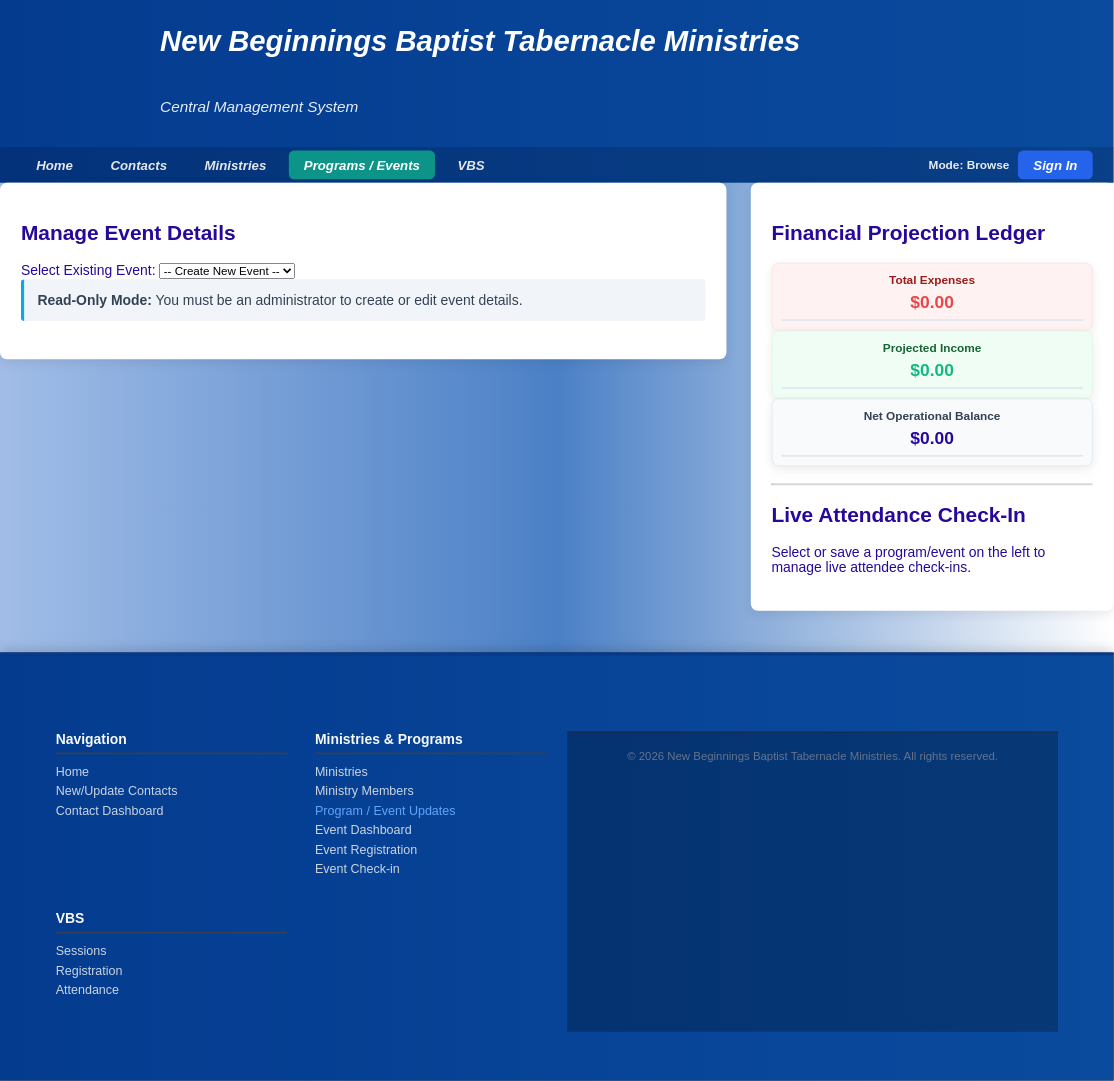
Repository: scherron56/nbbtm-central-cms
Page: http://localhost/events.php
These files come from the project's save history. The page is drawn as it stood at one moment and after the next save; the edit follows.
The browser window is 1280 px wide. The pictures show the whole page, at 87% of full size.
Some web fonts or font styles are not loaded; a fallback is used. The page is run by PHP 8.4 with error messages shown; the project is at /var/www/html/. Queries for data that is not in the repository find no rows.

Above is the page before, as saved 2026-08-19 11:17:50.

After the next save:
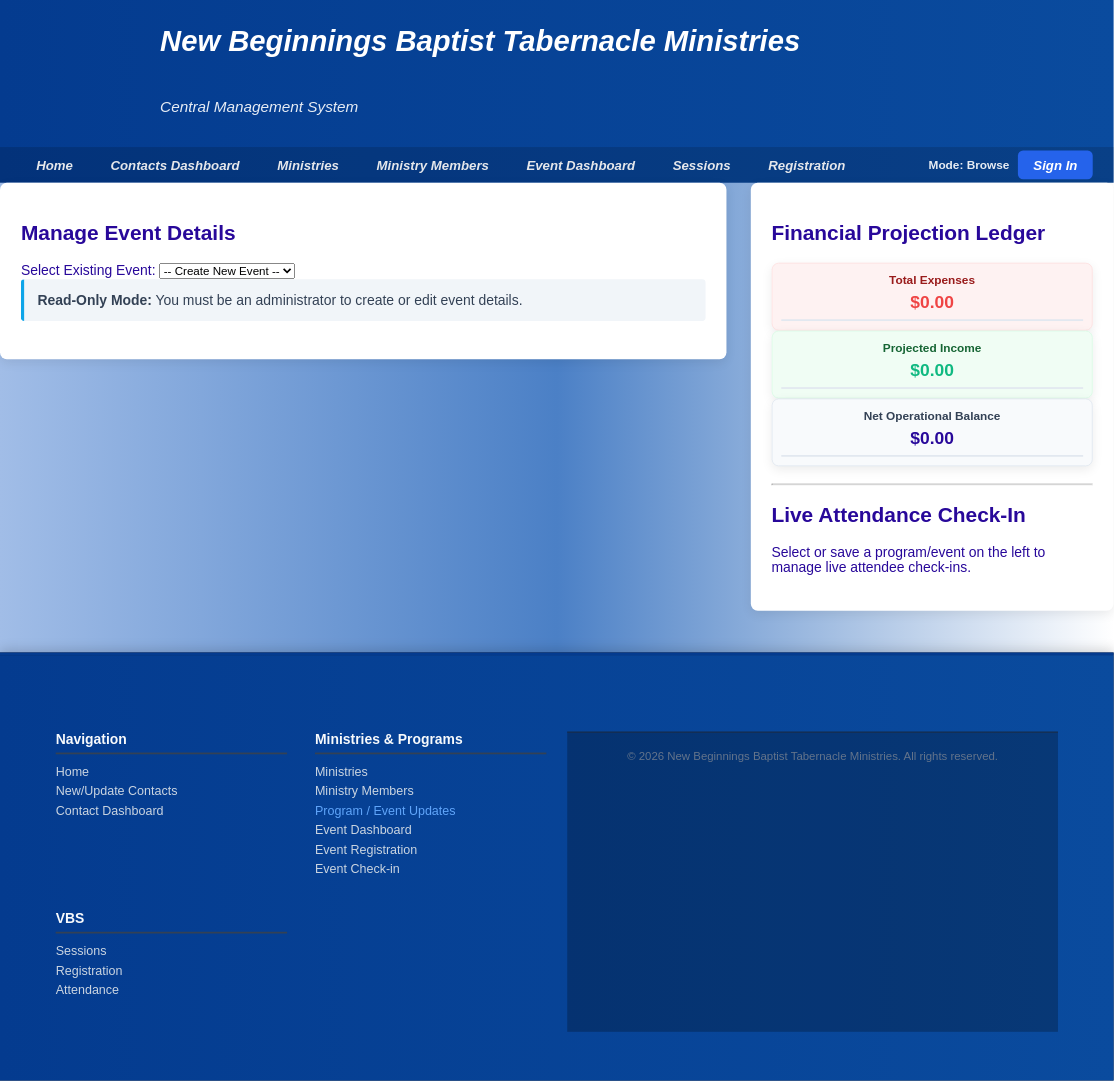
Saved 16 min 4 s later.
--- a/include/header.php
+++ b/include/header.php
@@ -34,49 +34,49 @@ $userRole    = $_SESSION['user_role'] ?? 'browse';
     <ul class="nav-links">
       <li><a href="index.php" class="<?= in_array($currentPage, ['index.php', 'index1.php']) ? 'active' : '' ?>">Home</a></li>
 
-      <li class="dropdown">
-        <a href="#" class="<?= in_array($currentPage, ['contacts.php', 'contact_dashboard.php']) ? 'active' : '' ?>">Contacts</a>
-        <ul class="submenu">
-          <li><a href="contacts.php" class="<?= ($currentPage === 'contacts.php') ? 'active' : '' ?>">New/Update Contacts</a></li>
-          <li><a href="contact_dashboard.php" class="<?= ($currentPage === 'contact_dashboard.php') ? 'active' : '' ?>">Contact Dashboard</a></li>
-        </ul>
-      </li>
-
-      <li class="dropdown">
-        <a href="#" class="<?= in_array($currentPage, ['ministry_manager.php', 'ministry_members.php']) ? 'active' : '' ?>">Ministries</a>
-        <ul class="submenu">
-          <li><a href="ministry_manager.php" class="<?= ($currentPage === 'ministry_manager.php') ? 'active' : '' ?>">Ministries</a></li>
-          <li><a href="ministry_members.php" class="<?= ($currentPage === 'ministry_members.php') ? 'active' : '' ?>">Ministry Members</a></li>
-        </ul>
-      </li>
-
-      <li class="dropdown">
-        <a href="#" class="<?= in_array($currentPage, ['events.php', 'event_dashboard.php', 'event_registration.php', 'event_checkin.php']) ? 'active' : '' ?>">Programs / Events</a>
-        <ul class="submenu">
-          <li><a href="events.php" class="<?= ($currentPage === 'events.php') ? 'active' : '' ?>">Program / Event Updates</a></li>
-          <li><a href="event_dashboard.php" class="<?= ($currentPage === 'event_dashboard.php') ? 'active' : '' ?>">Event Dashboard</a></li>
-          <li><a href="event_registration.php" class="<?= ($currentPage === 'event_registration.php') ? 'active' : '' ?>">Event Registration</a></li>
-          <li><a href="event_checkin.php" class="<?= ($currentPage === 'event_checkin.php') ? 'active' : '' ?>">Event Check-in</a></li>
-        </ul>
-      </li>
-
-      <li class="dropdown">
-        <a href="#" class="<?= in_array($currentPage, ['vbs_sessions.php', 'vbs_manager.php', 'vbs_attendance.php', 'vbs_roster.php']) ? 'active' : '' ?>">VBS</a>
-        <ul class="submenu">
-          <li><a href="vbs_sessions.php" class="<?= ($currentPage === 'vbs_sessions.php') ? 'active' : '' ?>">Sessions</a></li>
-          <li><a href="vbs_roster.php" class="<?= ($currentPage === 'vbs_roster.php') ? 'active' : '' ?>">Registration</a></li>
-          <li><a href="vbs_attendance.php" class="<?= ($currentPage === 'vbs_attendance.php') ? 'active' : '' ?>">Attendance</a></li>
-        </ul>
-      </li>
-
-      <!-- Admin Utilities Dropdown (Visible only to authenticated Admins) -->
       <?php if (isAdmin()): ?>
+        <!-- Full Admin Navigation -->
+        <li class="dropdown">
+          <a href="#" class="<?= in_array($currentPage, ['contacts.php', 'contact_dashboard.php']) ? 'active' : '' ?>">Contacts</a>
+          <ul class="submenu">
+            <li><a href="contacts.php" class="<?= ($currentPage === 'contacts.php') ? 'active' : '' ?>">New/Update Contacts</a></li>
+            <li><a href="contact_dashboard.php" class="<?= ($currentPage === 'contact_dashboard.php') ? 'active' : '' ?>">Contact Dashboard</a></li>
+          </ul>
+        </li>
+
+        <li class="dropdown">
+          <a href="#" class="<?= in_array($currentPage, ['ministry_manager.php', 'ministry_members.php']) ? 'active' : '' ?>">Ministries</a>
+          <ul class="submenu">
+            <li><a href="ministry_manager.php" class="<?= ($currentPage === 'ministry_manager.php') ? 'active' : '' ?>">Ministries</a></li>
+            <li><a href="ministry_members.php" class="<?= ($currentPage === 'ministry_members.php') ? 'active' : '' ?>">Ministry Members</a></li>
+          </ul>
+        </li>
+
+        <li class="dropdown">
+          <a href="#" class="<?= in_array($currentPage, ['events.php', 'event_dashboard.php', 'event_registration.php', 'event_checkin.php']) ? 'active' : '' ?>">Programs / Events</a>
+          <ul class="submenu">
+            <li><a href="events.php" class="<?= ($currentPage === 'events.php') ? 'active' : '' ?>">Program / Event Updates</a></li>
+            <li><a href="event_dashboard.php" class="<?= ($currentPage === 'event_dashboard.php') ? 'active' : '' ?>">Event Dashboard</a></li>
+            <li><a href="event_registration.php" class="<?= ($currentPage === 'event_registration.php') ? 'active' : '' ?>">Event Registration</a></li>
+            <li><a href="event_checkin.php" class="<?= ($currentPage === 'event_checkin.php') ? 'active' : '' ?>">Event Check-in</a></li>
+          </ul>
+        </li>
+
+        <li class="dropdown">
+          <a href="#" class="<?= in_array($currentPage, ['vbs_sessions.php', 'vbs_manager.php', 'vbs_attendance.php', 'vbs_roster.php']) ? 'active' : '' ?>">VBS</a>
+          <ul class="submenu">
+            <li><a href="vbs_sessions.php" class="<?= ($currentPage === 'vbs_sessions.php') ? 'active' : '' ?>">Sessions</a></li>
+            <li><a href="vbs_roster.php" class="<?= ($currentPage === 'vbs_roster.php') ? 'active' : '' ?>">Registration</a></li>
+            <li><a href="vbs_attendance.php" class="<?= ($currentPage === 'vbs_attendance.php') ? 'active' : '' ?>">Attendance</a></li>
+          </ul>
+        </li>
+
+        <!-- Admin Utilities -->
         <li class="dropdown">
           <a href="#" class="<?= in_array($currentPage, ['admin_mailer.php', 'ministry_mailer.php', 'user_management.php', 'reports.php']) ? 'active' : '' ?>" style="border-left: 2px solid #f59e0b;">
             Admin &#9662;
           </a>
           <ul class="submenu">
-            <!-- Nested Emails Submenu -->
             <li class="dropdown-nested">
               <a href="#" class="<?= in_array($currentPage, ['admin_mailer.php', 'ministry_mailer.php']) ? 'active' : '' ?>">
                 Emails &#9656;
@@ -87,7 +87,6 @@ $userRole    = $_SESSION['user_role'] ?? 'browse';
               </ul>
             </li>
 
-            <!-- Reports Submenu -->
             <li class="dropdown-nested">
               <a href="reports.php" class="<?= ($currentPage === 'reports.php') ? 'active' : '' ?>">
                 Reports &#9656;
@@ -100,6 +99,15 @@ $userRole    = $_SESSION['user_role'] ?? 'browse';
             <li><a href="user_management.php" class="<?= ($currentPage === 'user_management.php') ? 'active' : '' ?>">👥 User Management</a></li>
           </ul>
         </li>
+
+      <?php else: ?>
+        <!-- Non-Admin Limited Navigation -->
+        <li><a href="contact_dashboard.php" class="<?= ($currentPage === 'contact_dashboard.php') ? 'active' : '' ?>">Contacts Dashboard</a></li>
+        <li><a href="ministry_manager.php" class="<?= ($currentPage === 'ministry_manager.php') ? 'active' : '' ?>">Ministries</a></li>
+        <li><a href="ministry_members.php" class="<?= ($currentPage === 'ministry_members.php') ? 'active' : '' ?>">Ministry Members</a></li>
+        <li><a href="event_dashboard.php" class="<?= ($currentPage === 'event_dashboard.php') ? 'active' : '' ?>">Event Dashboard</a></li>
+        <li><a href="vbs_sessions.php" class="<?= ($currentPage === 'vbs_sessions.php') ? 'active' : '' ?>">Sessions</a></li>
+        <li><a href="vbs_roster.php" class="<?= ($currentPage === 'vbs_roster.php') ? 'active' : '' ?>">Registration</a></li>
       <?php endif; ?>
 
       <!-- Dynamic Auth Controls -->
